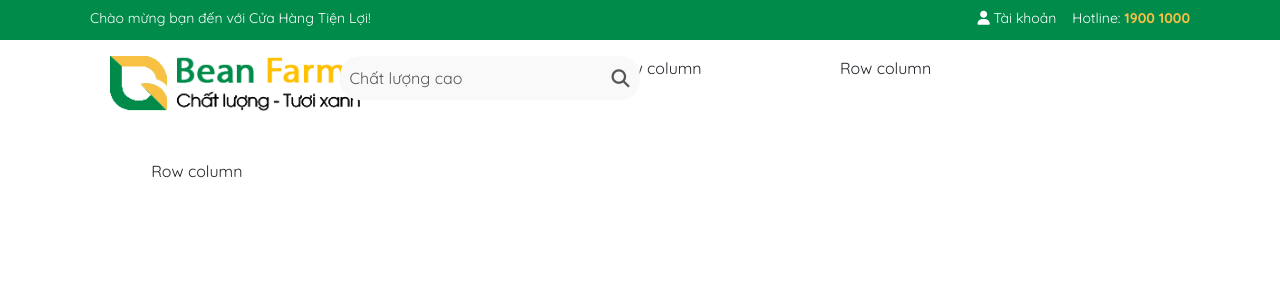
Repository: PAnhDuc/food.demo
Page: index.html
An editor plug-in stored every save of this project. The page is shown before and after the next save, followed by the edit.
The browser window is 1280 px wide. The pictures show the whole page.
Some web libraries are served in a nearby version.

Above is the page before, as saved 2024-11-13 20:30:37.

### index.html
<!DOCTYPE html>
<html lang="en">

<head>
    <meta charset="UTF-8">
    <meta name="viewport" content="width=device-width, initial-scale=1.0">
    <title>Food Demo</title>
    <link rel="stylesheet" href="./assets/style.css">
    <link href="https://cdn.jsdelivr.net/npm/bootstrap@5.3.3/dist/css/bootstrap.min.css" rel="stylesheet"
        integrity="sha384-QWTKZyjpPEjISv5WaRU9OFeRpok6YctnYmDr5pNlyT2bRjXh0JMhjY6hW+ALEwIH" crossorigin="anonymous">
    <link rel="stylesheet" href="https://cdnjs.cloudflare.com/ajax/libs/font-awesome/6.6.0/css/all.min.css"
        integrity="sha512-Kc323vGBEqzTmouAECnVceyQqyqdsSiqLQISBL29aUW4U/M7pSPA/gEUZQqv1cwx4OnYxTxve5UMg5GT6L4JJg=="
        crossorigin="anonymous" referrerpolicy="no-referrer" />
</head>

<body>
    <div class="top-bar">
        <div class="container">
            <div class="d-flex mb-3">
                <div class="me-auto p-2">
                    <p class="top_bar-left">Chào mừng bạn đến với Cửa Hàng Tiện Lợi!</p>
                </div>
                <div class="p-2">
                    <p class="top_bar-right">
                        <i class="fa-solid fa-user"></i>
                        <a href="">Tài khoản</a>
                    </p>
                </div>
                <div class="p-2">
                    <p class="top_bar-right--hotline">Hotline: <a href="#">1900 1000</a></p>
                </div>
            </div>
        </div>
    </div>
    <div class="container">
        <div class="header">
            <div class="menu-top">
                <div class="container text-center">
                    <div class="row row-cols-2 row-cols-lg-5 g-2 g-lg-3 column-gap-2">
                      <div class="col">
                        <div class="p-3">
                            <img src="./img/logo.webp" width="250" height="55" alt="">
                        </div>
                      </div>
                      <div class="col">
                        <div class="p-3">
                            <div class="search-container">
                                <input type="text" id="search" readonly>
                                <button type="button" class="search-btn">
                                  <i class="fas fa-search"></i>
                                </button>
                              </div>
                        </div>
                      </div>
                      <div class="col">
                        <div class="p-3">Row column</div>
                      </div>
                      <div class="col">
                        <div class="p-3">Row column</div>
                      </div>
                      <div class="col">
                        <div class="p-3">Row column</div>
                      </div>
                    </div>
                  </div>
            </div>
            <div class="menu-bottom">

            </div>
        </div>
    </div>
    <script src="./assets/main.js"></script>
    <script src="https://cdn.jsdelivr.net/npm/bootstrap@5.3.3/dist/js/bootstrap.bundle.min.js"
        integrity="sha384-YvpcrYf0tY3lHB60NNkmXc5s9fDVZLESaAA55NDzOxhy9GkcIdslK1eN7N6jIeHz"
        crossorigin="anonymous"></script>
</body>

</html>

### assets/style.css
@import url('https://fonts.googleapis.com/css2?family=Quicksand:wght@300..700&display=swap');

* {
    margin: 0;
    padding: 0;
    box-sizing: border-box;
}

body {
    font-family: "Quicksand", sans-serif!important;
}

:root {
    --green: #008b4b;
    --yellow: #f8c144;
    --white: #fff;
}

.top-bar {
    color: var(--white);
    background: var(--green);
    font-size: 14px;
    height: 40px;
}
.top-bar a {
    text-decoration: none;
}

.top-bar .top_bar-right a {
    color: var(--white);
}
.top-bar .top_bar-right a:hover{
    color: var(--yellow);
}

.top-bar .top_bar-right--hotline a {
    color: var(--yellow);
    font-weight: bold;
}

.top-bar .top_bar-right--hotline a:hover {
    color: var(--white);
    font-weight: bold;
}

.search-container {
    display: flex;
    align-items: center;
    position: relative;
    width: 300px;
  }

  #search {
    width: 100%;
    padding: 10px;
    font-size: 16px;
    border: none; /* Bỏ viền */
    outline: none; /* Bỏ viền khi nhấp vào */
    border-radius: 20px;
    overflow: hidden;
    color: #555;
    padding-right: 40px;
    background-color: #f9f9f9; /* Màu nền tùy chỉnh nếu muốn */
  }

  #search::placeholder {
    color: transparent; /* Ẩn placeholder để không gây nhầm lẫn với văn bản chạy */
  }

  #search:focus {
    caret-color: black; /* Hiển thị thanh caret (|) khi nhấp chuột vào */
  }

  .search-btn {
    position: absolute;
    right: 10px;
    background: none;
    border: none;
    cursor: pointer;
    font-size: 18px;
    color: #555;
  }

### assets/main.js
const searchInput = document.getElementById("search");
const texts = [
  "Nông sản sạch - ĐỪNG BỎ LỠ",
  "Sản phẩm giảm giá hôm nay!",
  "Chất lượng cao, giá tốt",
  "Khuyến mãi đặc biệt!"
];
let textIndex = 0;
let charIndex = 0;
let speed = 50; // Điều chỉnh tốc độ chuyển đổi chữ (mili giây)
let lastTime = 0;

function displayTextSmoothly(timestamp) {
  if (timestamp - lastTime > speed) {
    // Hiển thị từng ký tự trong chuỗi hiện tại
    searchInput.value = texts[textIndex].slice(0, charIndex);
    charIndex++;
    lastTime = timestamp;

    // Khi đã hiển thị hết chuỗi hiện tại, dừng 2 giây rồi chuyển sang chuỗi tiếp theo
    if (charIndex > texts[textIndex].length) {
      charIndex = 0;
      textIndex = (textIndex + 1) % texts.length;
      setTimeout(() => {
        requestAnimationFrame(displayTextSmoothly);
      }, 500); // Dừng 2 giây trước khi chuyển đổi
      return;
    }
  }

  requestAnimationFrame(displayTextSmoothly);
}

// Bắt đầu hiển thị hiệu ứng
requestAnimationFrame(displayTextSmoothly);

After the next save:
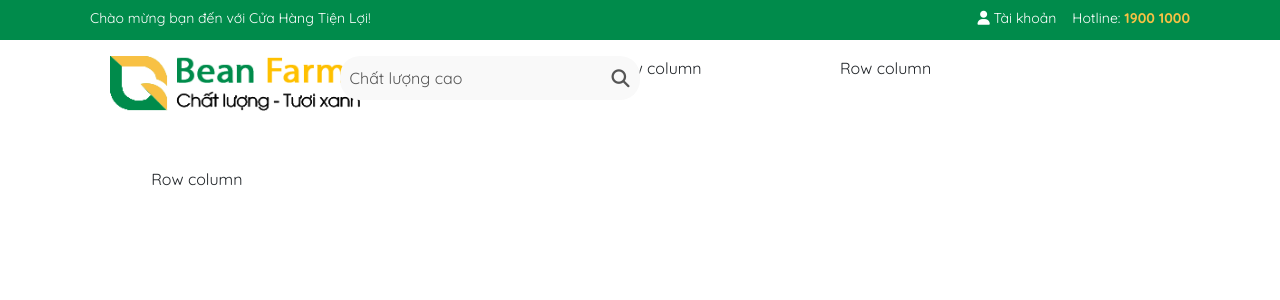
Saved 9 s later.
--- a/index.html
+++ b/index.html
@@ -36,7 +36,7 @@
         <div class="header">
             <div class="menu-top">
                 <div class="container text-center">
-                    <div class="row row-cols-2 row-cols-lg-5 g-2 g-lg-3 column-gap-2">
+                    <div class="row row-cols-2 row-cols-lg-5 g-2 g-lg-3 gap-2">
                       <div class="col">
                         <div class="p-3">
                             <img src="./img/logo.webp" width="250" height="55" alt="">
